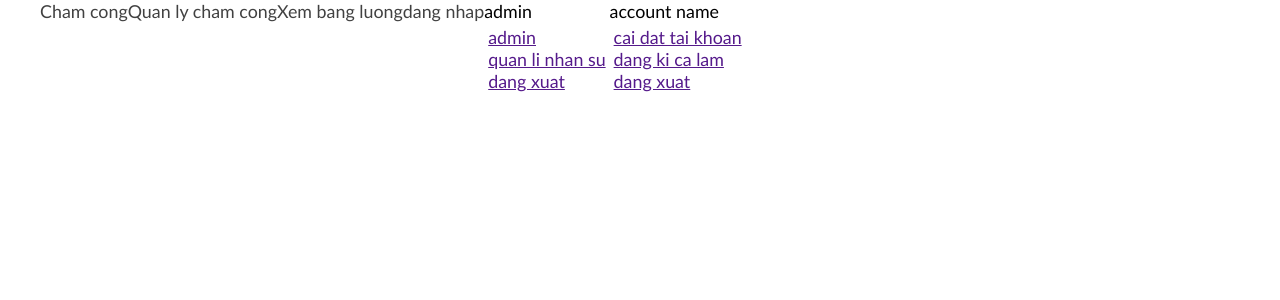
Repository: LDDUNG2003/a
Page: index.html
An editor plug-in stored every save of this project. The page is shown before and after the next save, followed by the edit.
The browser window is 1280 px wide. The pictures show the whole page.

Above is the page before, as saved 2023-10-13 23:35:31.

After the next save:
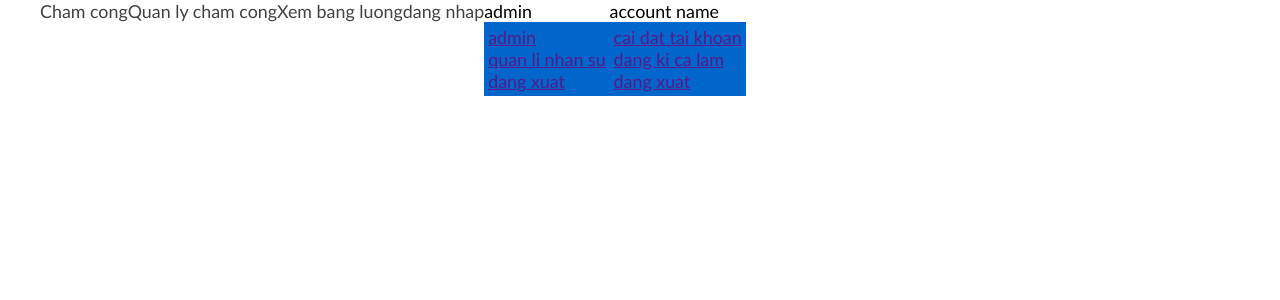
Saved 17 s later.
--- a/controlView/css/base.css
+++ b/controlView/css/base.css
@@ -44,7 +44,7 @@ body {
 .account-list {
     list-style: none;
     padding: 4px;
-    color: var(--primary-color);
+    background-color: var(--primary-color);
 }
 
 .account--item {}

After the save that followed:
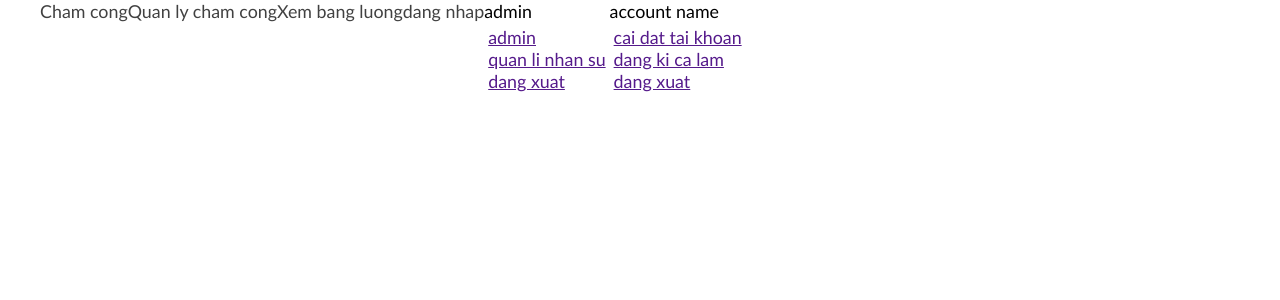
Saved 8 s later.
--- a/controlView/css/base.css
+++ b/controlView/css/base.css
@@ -44,7 +44,6 @@ body {
 .account-list {
     list-style: none;
     padding: 4px;
-    background-color: var(--primary-color);
 }
 
 .account--item {}
